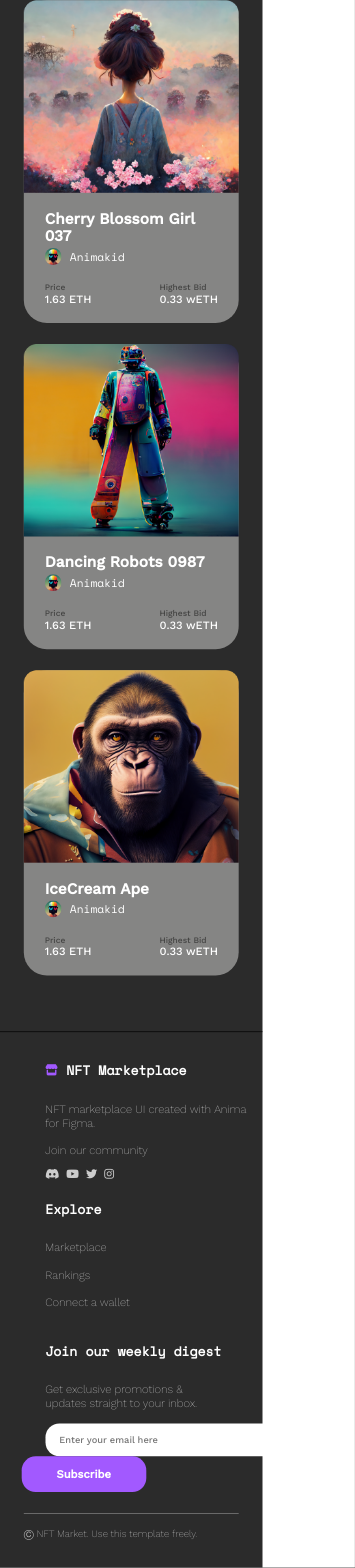
Repository: levananh202ht/NFT_Marketplace
Page: index.html
These files come from the project's save history. The page is drawn as it stood at one moment and after the next save; the edit follows.
The browser window is 375 px wide. The page is 507 px wide, so the pictures cover 507 px, including what lies to the right of the window. The pictures show the part of the page from y = 3818 to 6058 px (the page is 6058 px tall), at 70% of full size.

Above is the page before, as saved 2023-12-11 02:50:21.

After the next save:
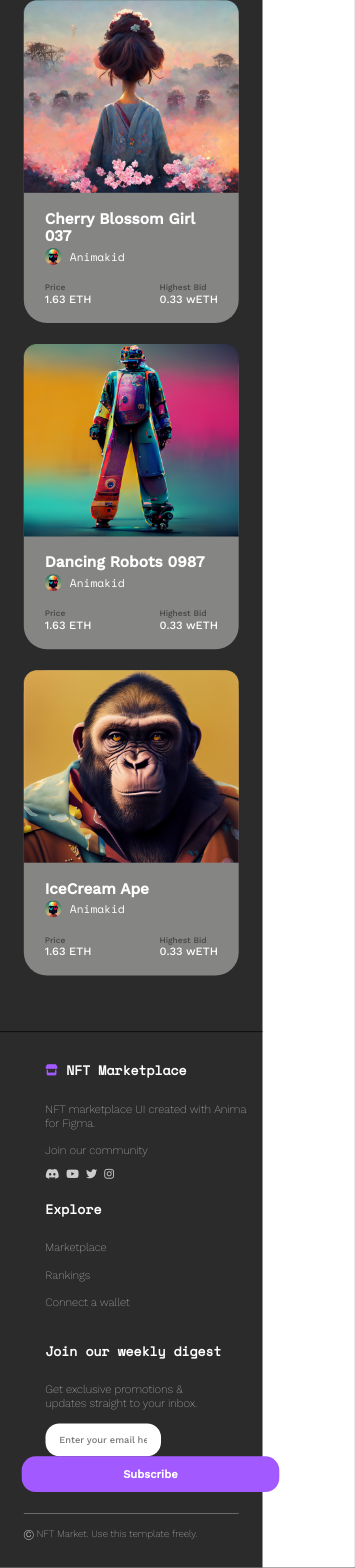
Saved 27 s later.
--- a/responsive.css
+++ b/responsive.css
@@ -127,7 +127,7 @@
         padding-left: 0;
         width: 150%;
     }
-    .nft_footer .nft_footer-info .nft_footer-info-item3 div input {
+    .nft_footer .nft_footer-info .nft_footer-info-item3 div button {
         width: 100%;
     }
 }
